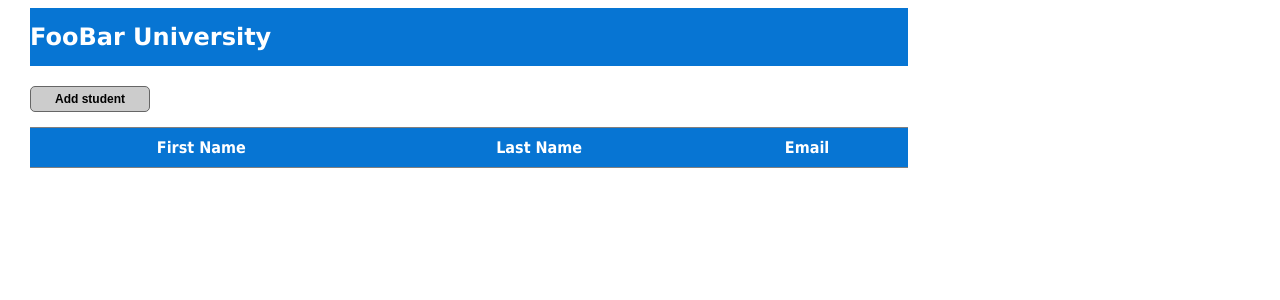
Repository: ddwysg1/JSP-Servlets-and-JDBC-for-beginners
Page: http://localhost/web-student-tracker/StudentControllerServlet
The author's editor kept a copy of each file at every save. The page is drawn from the files as they stood at one save, then again after the next save.
The browser window is 1280 px wide. The pictures show the whole page.
The page is served by Tomcat 9. Other server files are loaded and not shown. Queries for data that is not in the repository find no rows.

Above is the page before, as saved 2018-07-23 02:52:59.

### jsp-servlet-jdbc-app/web-student-tracker/WebContent/list-students.jsp
<%@ taglib uri="http://java.sun.com/jsp/jstl/core" prefix="c" %>

<!DOCTYPE html>
<html>
<head>
	<title>Student Tracker App</title>
	<link type = "text/css" rel = "stylesheet" href="css/style.css">
</head>
<body>
	<div id="wrapper">
		<div id="header">
			<h2>FooBar University</h2>
		</div>
	</div>

	<div id="container">

		<div id="content">
			<input type="button" value="Add student"
				onclick = "window.location.href='add-student-form.jsp'; return false;"
				class="add-student-button"
			/>

			<table>

				<tr>
					<th>First Name</th>
					<th>Last Name</th>
					<th>Email</th>
				</tr>
				<c:forEach var="tempStudent" items="${STUDENT_LIST}">
					<tr>
						<td> ${tempStudent.firstName} </td>
						<td> ${tempStudent.lastName}  </td>
						<td> ${tempStudent.email}  </td>
					</tr>
				</c:forEach>

			</table>

		</div>

	</div>
</body>
</html>

### jsp-servlet-jdbc-app/web-student-tracker/src/com/luv2code/web/jdbc/StudentControllerServlet.java
package com.luv2code.web.jdbc;

import java.io.IOException;
import java.util.List;

import javax.annotation.Resource;
import javax.servlet.RequestDispatcher;
import javax.servlet.ServletException;
import javax.servlet.annotation.WebServlet;
import javax.servlet.http.HttpServlet;
import javax.servlet.http.HttpServletRequest;
import javax.servlet.http.HttpServletResponse;
import javax.sql.DataSource;

/**
 * Servlet implementation class StudentControllerServlet
 */
@WebServlet("/StudentControllerServlet")
public class StudentControllerServlet extends HttpServlet {
	private static final long serialVersionUID = 1L;

	private StudentDbUtil studentDbUtil;

	@Resource(name="jdbc/web_student_tracker")
	private DataSource dataSource;


	@Override
	public void init() throws ServletException {
		super.init();

		try {
			studentDbUtil = new StudentDbUtil(dataSource);

		} catch (Exception e) {
			throw new ServletException(e);
		}
	}


	/**
	 * @see HttpServlet#doGet(HttpServletRequest request, HttpServletResponse response)
	 */
	protected void doGet(HttpServletRequest request, HttpServletResponse response) throws ServletException, IOException {
		try {
			String command = request.getParameter("command");
			if (command == null) {
				command = "LIST";
			}
			switch(command) {
				case "LIST":
					listStudents(request, response);
					break;
				case "ADD":
					addStudents(request, response);
					break;
				default :
					listStudents(request, response);
			}
		} catch (Exception e) {
			e.printStackTrace();
		}
	}

	private void addStudents(HttpServletRequest request, HttpServletResponse response) throws Exception{
		// TODO Auto-generated method stub
		String firstName = request.getParameter("firstName");
		String lastName = request.getParameter("lastName");
		String email = request.getParameter("email");

		Student theStudent = new Student(firstName, lastName, email);

		studentDbUtil.addStudent(theStudent);

		listStudents(request, response);
	}


	private void listStudents(HttpServletRequest request, HttpServletResponse response) throws Exception {
		List<Student> students = studentDbUtil.getStudents();

		request.setAttribute("STUDENT_LIST", students);

		RequestDispatcher dispatcher = request.getRequestDispatcher("/list-students.jsp");

		dispatcher.forward(request, response);
	}

}

### jsp-servlet-jdbc-app/web-student-tracker/WebContent/css/style.css
html, body{
	margin-left:15px; margin-right:15px;
	padding:0px;
	font-family:Verdana, Arial, Helvetica, sans-serif;
}

table {
	border-collapse:collapse;
	border-bottom:1px solid gray;
	font-family: Tahoma,Verdana,Segoe,sans-serif;
	width:72%;
}

th {
	border-bottom:1px solid gray;
	background:none repeat scroll 0 0 #0775d3;
	padding:10px;
	color: #FFFFFF;
}

tr {
	border-top:1px solid gray;
	text-align:center;
}

tr:nth-child(even) {background: #FFFFFF}
tr:nth-child(odd) {background: #BBBBBB}

#wrapper {width: 100%; margin-top: 0px; }
#header {width: 72%; background: #0775d3; margin-top: 0px; padding:15px 0px 15px 0px;}
#header h2 {width: 100%; margin:auto; color: #FFFFFF;}
#container {width: 100%; margin:auto}
#container h3 {color: #000;}
#container #content {margin-top: 20px;}

.add-student-button {
	border: 1px solid #666;
	border-radius: 5px;
	padding: 4px;
	font-size: 12px;
	font-weight: bold;
	width: 120px;
	padding: 5px 10px;

	margin-bottom: 15px;
	background: #cccccc;
}

After the next save:
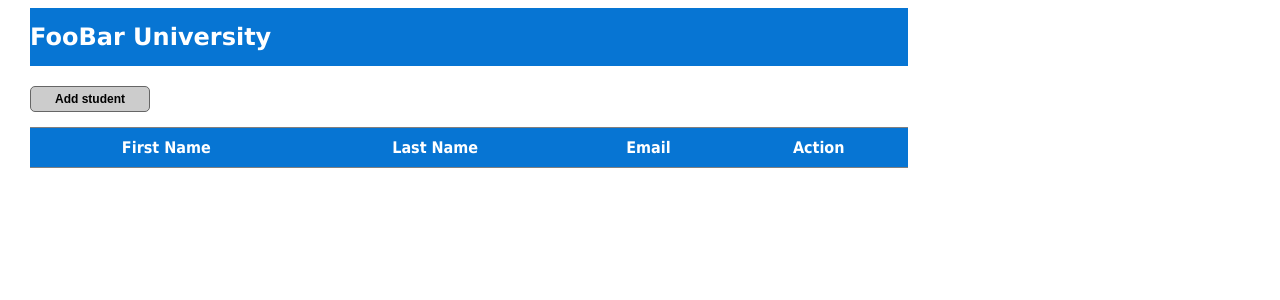
Saved 8 min 17 s later.
--- a/jsp-servlet-jdbc-app/web-student-tracker/WebContent/list-students.jsp
+++ b/jsp-servlet-jdbc-app/web-student-tracker/WebContent/list-students.jsp
@@ -27,6 +27,7 @@
 					<th>First Name</th>
 					<th>Last Name</th>
 					<th>Email</th>
+					<th>Action</th>
 				</tr>
 				<c:forEach var="tempStudent" items="${STUDENT_LIST}">
 					<tr>
